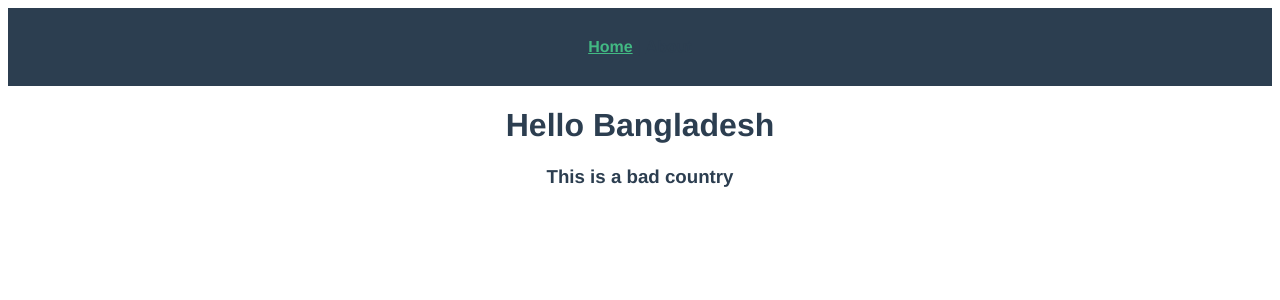
Repository: arif286/PokeDex-website
Page: /
The author's editor kept a copy of each file at every save. The page is drawn from the files as they stood at one save, then again after the next save.
The browser window is 1280 px wide. The pictures show the whole page.
The project was rebuilt for these pictures with package versions that can differ from the ones it lists, and the page was loaded fresh each time.

Above is the page before, as saved 2021-06-02 20:40:59.

After the next save:
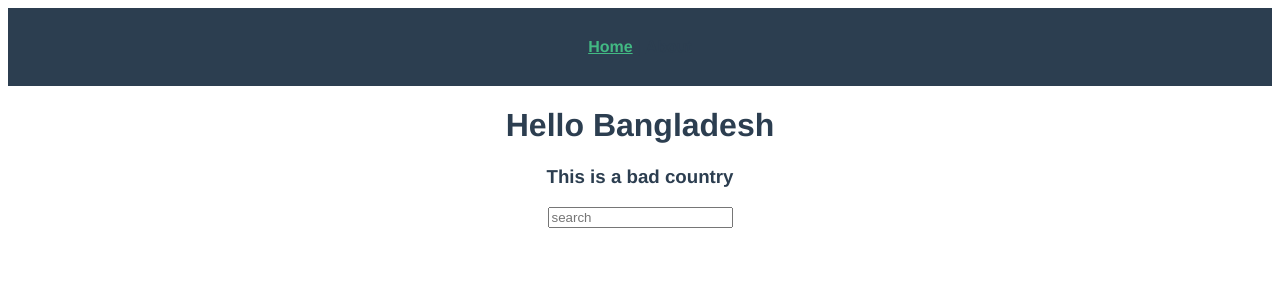
Saved 42 s later.
--- a/src/views/Home.vue
+++ b/src/views/Home.vue
@@ -3,6 +3,7 @@
     <h1>Hello {{title}}</h1>
     <h3 v-text="text"></h3>
   </div>
+  <div v-html="input"></div>
 </template>
 
 <script>
